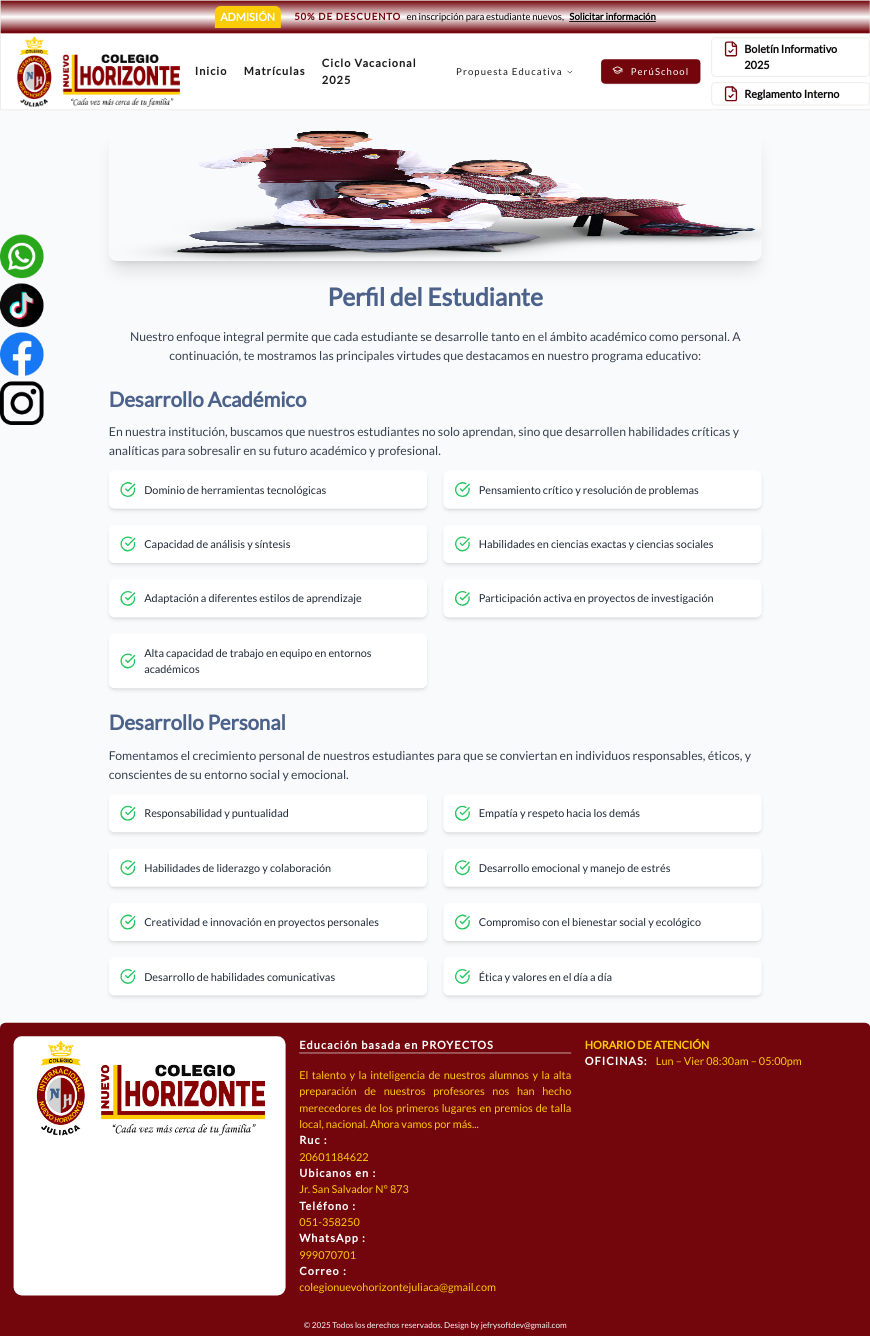
Repository: jefrydep/new_horizont_school
Page: /student
The author's editor kept a copy of each file at every save. The page is drawn from the files as they stood at one save, then again after the next save.
The browser window is 1280 px wide. The pictures show the whole page, at 68% of full size.
The project was rebuilt for these pictures with package versions that can differ from the ones it lists, and the page was loaded fresh each time. The framework's server and built-in components were replaced by stand-ins that run in the browser. Also part of the build but not shown: next.config.ts.

Above is the page before, as saved 2024-12-09 21:55:33.

### src/app/layout.tsx
import type { Metadata } from "next";
import "./globals.css";
import Navbar from "@/components/Navbar";
import Footer from "@/components/Footer";


import { Lato } from 'next/font/google'

const lato = Lato({
  weight: '400',
  subsets: ['latin'],
  display: 'swap',
})

export const metadata: Metadata = {
  title: "COLEGIO INTERNACIONAL NUEVO HORIZONTE - JULIACA",
  description: "el mejor colegio de JULIACA,Colegio internacional nuevo horizonte",
};

export default function RootLayout({
  children,
}: Readonly<{
  children: React.ReactNode;
}>) {
  return (
    <html lang="es">

      <body
        className={` ${lato.className} antialiased `}
      >

        <div className="">
          <Navbar />
        </div>
        <main className="   ">

          {children}
          <div className="flex flex-col fixed  bottom-2     z-50   sm:top-1/2  gap-2">
            <a href="https://wa.me/+51999070701?text=Me%20gustar%C3%ADa%20recibir%20m%C3%A1s%20informaci%C3%B3n%20sobre%20el%20proceso%20de%20matr%C3%ADcula,%20requisitos%20y%20fechas%20importantes.%20Agradecer%C3%ADa%20su%20orientaci%C3%B3n%20para%20poder%20completar%20mi%20inscripci%C3%B3n%20de%20manera%20adecuada.%0A%0AQuedo%20atento%20a%20su%20respuesta.%0A%0ASaludos%20cordiales,%0A" target="_blank">
              {/* Solicitar información */}
              <img src="/whatsapp.png" alt="" className=" animate-bounce h-11  sm:h-16" />
            </a>

            <a href="https://www.tiktok.com/@colegionuevohorizonte" target="_blank">
              {/* Solicitar información */}
              <img src="/tik-tok.png" alt="" className=" animate-bounce h-11  sm:h-16 " />
            </a>
            <a href="https://www.facebook.com/internuevohorizonte  " target="_blank">
              {/* Solicitar información */}
              <img src="/facebook.png" alt="" className=" animate-bounce h-11  sm:h-16 " />
            </a>
            <a href="https://www.instagram.com/colegionuevohorizontejuliaca" target="_blank">
              {/* Solicitar información */}
              <img src="/instagram.png" alt="" className=" animate-bounce h-11  sm:h-16" />
            </a>
          </div>
        </main>
        <Footer />
      </body>
    </html>
  );
}

### src/app/student/page.tsx
import StudentProfile from '@/components/StudentProfile'
import React from 'react'

export default function EstudenPage() {
  return (
    <div>
        <StudentProfile/>
    </div>
  )
}

### src/app/globals.css
@tailwind base;
@tailwind components;
@tailwind utilities;

body {
  font-family: Arial, Helvetica, sans-serif;
}

@layer base {
  :root {
    --background: 0 0% 100%;
    --foreground: 20 14.3% 4.1%;
    --card: 0 0% 100%;
    --card-foreground: 20 14.3% 4.1%;
    --popover: 0 0% 100%;
    --popover-foreground: 20 14.3% 4.1%;
    --primary: 24 9.8% 10%;
    --primary-foreground: 60 9.1% 97.8%;
    --secondary: 60 4.8% 95.9%;
    --secondary-foreground: 24 9.8% 10%;
    --muted: 60 4.8% 95.9%;
    --muted-foreground: 25 5.3% 44.7%;
    --accent: 60 4.8% 95.9%;
    --accent-foreground: 24 9.8% 10%;
    --destructive: 0 84.2% 60.2%;
    --destructive-foreground: 60 9.1% 97.8%;
    --border: 20 5.9% 90%;
    --input: 20 5.9% 90%;
    --ring: 20 14.3% 4.1%;
    --chart-1: 12 76% 61%;
    --chart-2: 173 58% 39%;
    --chart-3: 197 37% 24%;
    --chart-4: 43 74% 66%;
    --chart-5: 27 87% 67%;
    --radius: 0.5rem;
  }
  .dark {
    --background: 20 14.3% 4.1%;
    --foreground: 60 9.1% 97.8%;
    --card: 20 14.3% 4.1%;
    --card-foreground: 60 9.1% 97.8%;
    --popover: 20 14.3% 4.1%;
    --popover-foreground: 60 9.1% 97.8%;
    --primary: 60 9.1% 97.8%;
    --primary-foreground: 24 9.8% 10%;
    --secondary: 12 6.5% 15.1%;
    --secondary-foreground: 60 9.1% 97.8%;
    --muted: 12 6.5% 15.1%;
    --muted-foreground: 24 5.4% 63.9%;
    --accent: 12 6.5% 15.1%;
    --accent-foreground: 60 9.1% 97.8%;
    --destructive: 0 62.8% 30.6%;
    --destructive-foreground: 60 9.1% 97.8%;
    --border: 12 6.5% 15.1%;
    --input: 12 6.5% 15.1%;
    --ring: 24 5.7% 82.9%;
    --chart-1: 220 70% 50%;
    --chart-2: 160 60% 45%;
    --chart-3: 30 80% 55%;
    --chart-4: 280 65% 60%;
    --chart-5: 340 75% 55%;
  }
}

@layer base {
  * {
    @apply border-border;
  }
  body {
    @apply bg-background text-foreground;
  }
}
@keyframes slideDown {
  0% {
    transform: translateY(-20px);
    opacity: 0;
  }
  100% {
    transform: translateY(0);
    opacity: 1;
  }
}

.animate-slide-down {
  animation: slideDown 1s ease-out forwards;
}

/* Animación con retraso para un efecto de secuencia */
.animate-slide-down-delay-1 {
  animation: slideDown 1s ease-out forwards;
  animation-delay: 0.3s; /* Retraso para el primer texto */
}

.animate-slide-down-delay-2 {
  animation: slideDown 1s ease-out forwards;
  animation-delay: 0.6s; /* Retraso para el segundo texto */
}

### src/components/Footer.tsx

export default function Footer() {
    return (
        <div className=" bg-title rounded-t-lg pb-2 ">
            <footer className="container m-auto ">

                <div className="grid p-4 sm:p-5  sm:grid-cols-3 gap-5">
                    <div className="text-subtitle flex justify-center sm:block bg-white rounded-xl font-bold">


                        <img src="/LOGO.png" alt="Logo nuevo horizonte" className="   " />

                    </div>
                    <div>
                        <span className="text-white font-bold tracking-widest">

                            Educación basada en  PROYECTOS
                        </span>
                        <hr />
                        <div>
                            <p className="text-justify mt-5 text-subtitle">
                                El talento y la inteligencia de nuestros alumnos y la alta preparación de nuestros profesores nos han hecho merecedores de los primeros lugares en premios de talla local, nacional. Ahora vamos por más...
                            </p>
                        </div>
                        <div>
                            <div className="text-white font-bold tracking-widest">


                                Ruc :
                            </div>
                            <div>
                                <span className="text-subtitle">20601184622</span>

                            </div>
                            <div className="text-white font-bold tracking-widest">


                                Ubicanos en :
                            </div>
                            <div>
                                <span className="text-subtitle">Jr. San Salvador N° 873</span>

                            </div>
                            <div className="text-white font-bold tracking-widest">


                                Teléfono :
                            </div>
                            <div className="text-subtitle">
                                <span>051-358250</span>

                            </div>
                            <div className="text-white font-bold tracking-widest">


                                WhatsApp :
                            </div>
                            <div className="text-subtitle">
                                <span>999070701</span>

                            </div>
                            <div className="text-white font-bold tracking-widest">


                                Correo :
                            </div>
                            <div className="text-subtitle">
                                <span> colegionuevohorizontejuliaca@gmail.com</span>

                            </div>

                        </div>
                    </div>

                    <div>
                        <h6 className="text-subtitle font-bold">HORARIO DE ATENCIÓN</h6>
                        <div>
                            <span className="text-white mr-3 font-bold tracking-widest">

                                OFICINAS:
                            </span>
                            <span className="text-subtitle">
                                Lun – Vier         08:30am – 05:00pm
                            </span>
                        </div>

                    </div>
                </div>
                <div className="text-center text-gray-100 text-xs mt-4" >
                    <span className="">
                        © 2025 Todos los derechos reservados. Design by jefrysoftdev@gmail.com
                    </span>
                </div>
            </footer>
        </div>
    )
}

### src/components/StudentProfile.tsx
import { CheckCircle } from "lucide-react";

const StudentProfile = () => {
  // Virtudes académicas
  const academicVirtues = [
    "Dominio de herramientas tecnológicas",
    "Pensamiento crítico y resolución de problemas",
    "Capacidad de análisis y síntesis",
    "Habilidades en ciencias exactas y ciencias sociales",
    "Adaptación a diferentes estilos de aprendizaje",
    "Participación activa en proyectos de investigación",
    "Alta capacidad de trabajo en equipo en entornos académicos",
  ];

  // Virtudes personales
  const personalVirtues = [
    "Responsabilidad y puntualidad",
    "Empatía y respeto hacia los demás",
    "Habilidades de liderazgo y colaboración",
    "Desarrollo emocional y manejo de estrés",
    "Creatividad e innovación en proyectos personales",
    "Compromiso con el bienestar social y ecológico",
    "Desarrollo de habilidades comunicativas",
    "Ética y valores en el día a día",
  ];

  return (
    <div className="bg-gray-50 py-10 pt-48">
      <div className="container mx-auto px-4 sm:px-8 max-w-5xl">
        {/* Imagen destacada */}
        <div className="mb-8 text-center">
          <img
            src="/SECUNDARIA.png" // Cambia esta ruta por la imagen destacada que desees usar
            alt="Perfil Estudiantil"
            className="w-full h-48   rounded-xl shadow-xl"
          />
        </div>

        {/* Título */}
        <h2 className="text-4xl font-bold text-center text-primary mb-6">
          Perfil del Estudiante
        </h2>

        {/* Introducción */}
        <p className="text-lg text-gray-700 text-center mb-8">
          Nuestro enfoque integral permite que cada estudiante se desarrolle tanto en el ámbito académico como personal. A continuación, te mostramos las principales virtudes que destacamos en nuestro programa educativo:
        </p>

        {/* Sección de virtudes académicas */}
        <div className="mb-8">
          <h3 className="text-3xl font-semibold text-primary mb-4">Desarrollo Académico</h3>
          <p className="text-lg text-gray-700 mb-4">
            En nuestra institución, buscamos que nuestros estudiantes no solo aprendan, sino que desarrollen habilidades críticas y analíticas para sobresalir en su futuro académico y profesional.
          </p>

          <div className="grid grid-cols-1 sm:grid-cols-2 gap-6">
            {academicVirtues.map((virtue, index) => (
              <div
                key={index}
                className="flex items-center bg-white shadow-md rounded-lg p-4"
              >
                <CheckCircle className="text-green-500 w-6 h-6 flex-shrink-0" />
                <p className="ml-3 text-gray-800">{virtue}</p>
              </div>
            ))}
          </div>
        </div>

        {/* Sección de virtudes personales */}
        <div>
          <h3 className="text-3xl font-semibold text-primary mb-4">Desarrollo Personal</h3>
          <p className="text-lg text-gray-700 mb-4">
            Fomentamos el crecimiento personal de nuestros estudiantes para que se conviertan en individuos responsables, éticos, y conscientes de su entorno social y emocional.
          </p>

          <div className="grid grid-cols-1 sm:grid-cols-2 gap-6">
            {personalVirtues.map((virtue, index) => (
              <div
                key={index}
                className="flex items-center bg-white shadow-md rounded-lg p-4"
              >
                <CheckCircle className="text-green-500 w-6 h-6 flex-shrink-0" />
                <p className="ml-3 text-gray-800">{virtue}</p>
              </div>
            ))}
          </div>
        </div>
      </div>
    </div>
  );
};

export default StudentProfile;

### src/components/ui/button.tsx
import * as React from "react"
import { Slot } from "@radix-ui/react-slot"
import { cva, type VariantProps } from "class-variance-authority"

import { cn } from "@/lib/utils"

const buttonVariants = cva(
  "inline-flex items-center justify-center gap-2 whitespace-nowrap rounded-md text-sm font-medium transition-colors focus-visible:outline-none focus-visible:ring-1 focus-visible:ring-ring disabled:pointer-events-none disabled:opacity-50 [&_svg]:pointer-events-none [&_svg]:size-4 [&_svg]:shrink-0",
  {
    variants: {
      variant: {
        default:
          "bg-primary text-primary-foreground shadow hover:bg-primary/90",
        destructive:
          "bg-destructive text-destructive-foreground shadow-sm hover:bg-destructive/90",
        outline:
          "border border-input bg-background shadow-sm hover:bg-accent hover:text-accent-foreground",
        secondary:
          "bg-secondary text-secondary-foreground shadow-sm hover:bg-secondary/80",
        ghost: "hover:bg-accent hover:text-accent-foreground",
        link: "text-primary underline-offset-4 hover:underline",
      },
      size: {
        default: "h-9 px-4 py-2",
        sm: "h-8 rounded-md px-3 text-xs",
        lg: "h-10 rounded-md px-8",
        icon: "h-9 w-9",
      },
    },
    defaultVariants: {
      variant: "default",
      size: "default",
    },
  }
)

export interface ButtonProps
  extends React.ButtonHTMLAttributes<HTMLButtonElement>,
    VariantProps<typeof buttonVariants> {
  asChild?: boolean
}

const Button = React.forwardRef<HTMLButtonElement, ButtonProps>(
  ({ className, variant, size, asChild = false, ...props }, ref) => {
    const Comp = asChild ? Slot : "button"
    return (
      <Comp
        className={cn(buttonVariants({ variant, size, className }))}
        ref={ref}
        {...props}
      />
    )
  }
)
Button.displayName = "Button"

export { Button, buttonVariants }

### src/components/ui/sheet.tsx
"use client"

import * as React from "react"
import * as SheetPrimitive from "@radix-ui/react-dialog"
import { cva, type VariantProps } from "class-variance-authority"
import { X } from "lucide-react"

import { cn } from "@/lib/utils"

const Sheet = SheetPrimitive.Root

const SheetTrigger = SheetPrimitive.Trigger

const SheetClose = SheetPrimitive.Close

const SheetPortal = SheetPrimitive.Portal

const SheetOverlay = React.forwardRef<
  React.ElementRef<typeof SheetPrimitive.Overlay>,
  React.ComponentPropsWithoutRef<typeof SheetPrimitive.Overlay>
>(({ className, ...props }, ref) => (
  <SheetPrimitive.Overlay
    className={cn(
      "fixed inset-0 z-50 bg-black/80  data-[state=open]:animate-in data-[state=closed]:animate-out data-[state=closed]:fade-out-0 data-[state=open]:fade-in-0",
      className
    )}
    {...props}
    ref={ref}
  />
))
SheetOverlay.displayName = SheetPrimitive.Overlay.displayName

const sheetVariants = cva(
  "fixed z-50 gap-4 bg-background p-6 shadow-lg transition ease-in-out data-[state=closed]:duration-300 data-[state=open]:duration-500 data-[state=open]:animate-in data-[state=closed]:animate-out",
  {
    variants: {
      side: {
        top: "inset-x-0 top-0 border-b data-[state=closed]:slide-out-to-top data-[state=open]:slide-in-from-top",
        bottom:
          "inset-x-0 bottom-0 border-t data-[state=closed]:slide-out-to-bottom data-[state=open]:slide-in-from-bottom",
        left: "inset-y-0 left-0 h-full w-3/4 border-r data-[state=closed]:slide-out-to-left data-[state=open]:slide-in-from-left sm:max-w-sm",
        right:
          "inset-y-0 right-0 h-full w-3/4 border-l data-[state=closed]:slide-out-to-right data-[state=open]:slide-in-from-right sm:max-w-sm",
      },
    },
    defaultVariants: {
      side: "right",
    },
  }
)

interface SheetContentProps
  extends React.ComponentPropsWithoutRef<typeof SheetPrimitive.Content>,
    VariantProps<typeof sheetVariants> {}

const SheetContent = React.forwardRef<
  React.ElementRef<typeof SheetPrimitive.Content>,
  SheetContentProps
>(({ side = "right", className, children, ...props }, ref) => (
  <SheetPortal>
    <SheetOverlay />
    <SheetPrimitive.Content
      ref={ref}
      className={cn(sheetVariants({ side }), className)}
      {...props}
    >
      <SheetPrimitive.Close className="absolute right-4 top-4 rounded-sm opacity-70 ring-offset-background transition-opacity hover:opacity-100 focus:outline-none focus:ring-2 focus:ring-ring focus:ring-offset-2 disabled:pointer-events-none data-[state=open]:bg-secondary">
        <X className="h-4 w-4" />
        <span className="sr-only">Close</span>
      </SheetPrimitive.Close>
      {children}
    </SheetPrimitive.Content>
  </SheetPortal>
))
SheetContent.displayName = SheetPrimitive.Content.displayName

const SheetHeader = ({
  className,
  ...props
}: React.HTMLAttributes<HTMLDivElement>) => (
  <div
    className={cn(
      "flex flex-col space-y-2 text-center sm:text-left",
      className
    )}
    {...props}
  />
)
SheetHeader.displayName = "SheetHeader"

const SheetFooter = ({
  className,
  ...props
}: React.HTMLAttributes<HTMLDivElement>) => (
  <div
    className={cn(
      "flex flex-col-reverse sm:flex-row sm:justify-end sm:space-x-2",
      className
    )}
    {...props}
  />
)
SheetFooter.displayName = "SheetFooter"

const SheetTitle = React.forwardRef<
  React.ElementRef<typeof SheetPrimitive.Title>,
  React.ComponentPropsWithoutRef<typeof SheetPrimitive.Title>
>(({ className, ...props }, ref) => (
  <SheetPrimitive.Title
    ref={ref}
    className={cn("text-lg font-semibold text-foreground", className)}
    {...props}
  />
))
SheetTitle.displayName = SheetPrimitive.Title.displayName

const SheetDescription = React.forwardRef<
  React.ElementRef<typeof SheetPrimitive.Description>,
  React.ComponentPropsWithoutRef<typeof SheetPrimitive.Description>
>(({ className, ...props }, ref) => (
  <SheetPrimitive.Description
    ref={ref}
    className={cn("text-sm text-muted-foreground", className)}
    {...props}
  />
))
SheetDescription.displayName = SheetPrimitive.Description.displayName

export {
  Sheet,
  SheetPortal,
  SheetOverlay,
  SheetTrigger,
  SheetClose,
  SheetContent,
  SheetHeader,
  SheetFooter,
  SheetTitle,
  SheetDescription,
}

### tailwind.config.ts
import type { Config } from "tailwindcss";

export default {
	darkMode: ["class"],
	content: [
		"./src/pages/**/*.{js,ts,jsx,tsx,mdx}",
		"./src/components/**/*.{js,ts,jsx,tsx,mdx}",
		"./src/app/**/*.{js,ts,jsx,tsx,mdx}",
	],
	theme: {
    	extend: {
    		colors: {
    			background: 'hsl(var(--background))',
    			foreground: 'hsl(var(--foreground))',
    			card: {
    				DEFAULT: 'hsl(var(--card))',
    				foreground: 'hsl(var(--card-foreground))'
    			},
    			popover: {
    				DEFAULT: 'hsl(var(--popover))',
    				foreground: 'hsl(var(--popover-foreground))'
    			},
    			primary: {
    				DEFAULT: '#4c628a'
    			},
    			secondary: {
    				DEFAULT: '#1c1c1c'
    			},
    			backgroundGray: {
    				DEFAULT: '#d1d1d1'
    			},
				title:{
					DEFAULT:"#73060C"
				},
				subtitle:{
					DEFAULT:"#fbcc07"
				},
    			muted: {
    				DEFAULT: 'hsl(var(--muted))',
    				foreground: 'hsl(var(--muted-foreground))'
    			},
    			accent: {
    				DEFAULT: 'hsl(var(--accent))',
    				foreground: 'hsl(var(--accent-foreground))'
    			},
    			destructive: {
    				DEFAULT: 'hsl(var(--destructive))',
    				foreground: 'hsl(var(--destructive-foreground))'
    			},
    			border: 'hsl(var(--border))',
    			input: 'hsl(var(--input))',
    			ring: 'hsl(var(--ring))',
    			chart: {
    				'1': 'hsl(var(--chart-1))',
    				'2': 'hsl(var(--chart-2))',
    				'3': 'hsl(var(--chart-3))',
    				'4': 'hsl(var(--chart-4))',
    				'5': 'hsl(var(--chart-5))'
    			}
    		},
    		borderRadius: {
    			lg: 'var(--radius)',
    			md: 'calc(var(--radius) - 2px)',
    			sm: 'calc(var(--radius) - 4px)'
    		},
    		keyframes: {
    			'accordion-down': {
    				from: {
    					height: '0'
    				},
    				to: {
    					height: 'var(--radix-accordion-content-height)'
    				}
    			},
    			'accordion-up': {
    				from: {
    					height: 'var(--radix-accordion-content-height)'
    				},
    				to: {
    					height: '0'
    				}
    			}
    		},
    		animation: {
    			'accordion-down': 'accordion-down 0.2s ease-out',
    			'accordion-up': 'accordion-up 0.2s ease-out'
    		}
    	}
    },
	plugins: [require("tailwindcss-animate")],
} satisfies Config;

Loaded but not shown: src/lib/utils.ts (common file); src/components/Navbar.tsx (308 lines, source omitted); src/components/ui/navigation-menu.tsx (128 lines, source omitted)

After the next save:
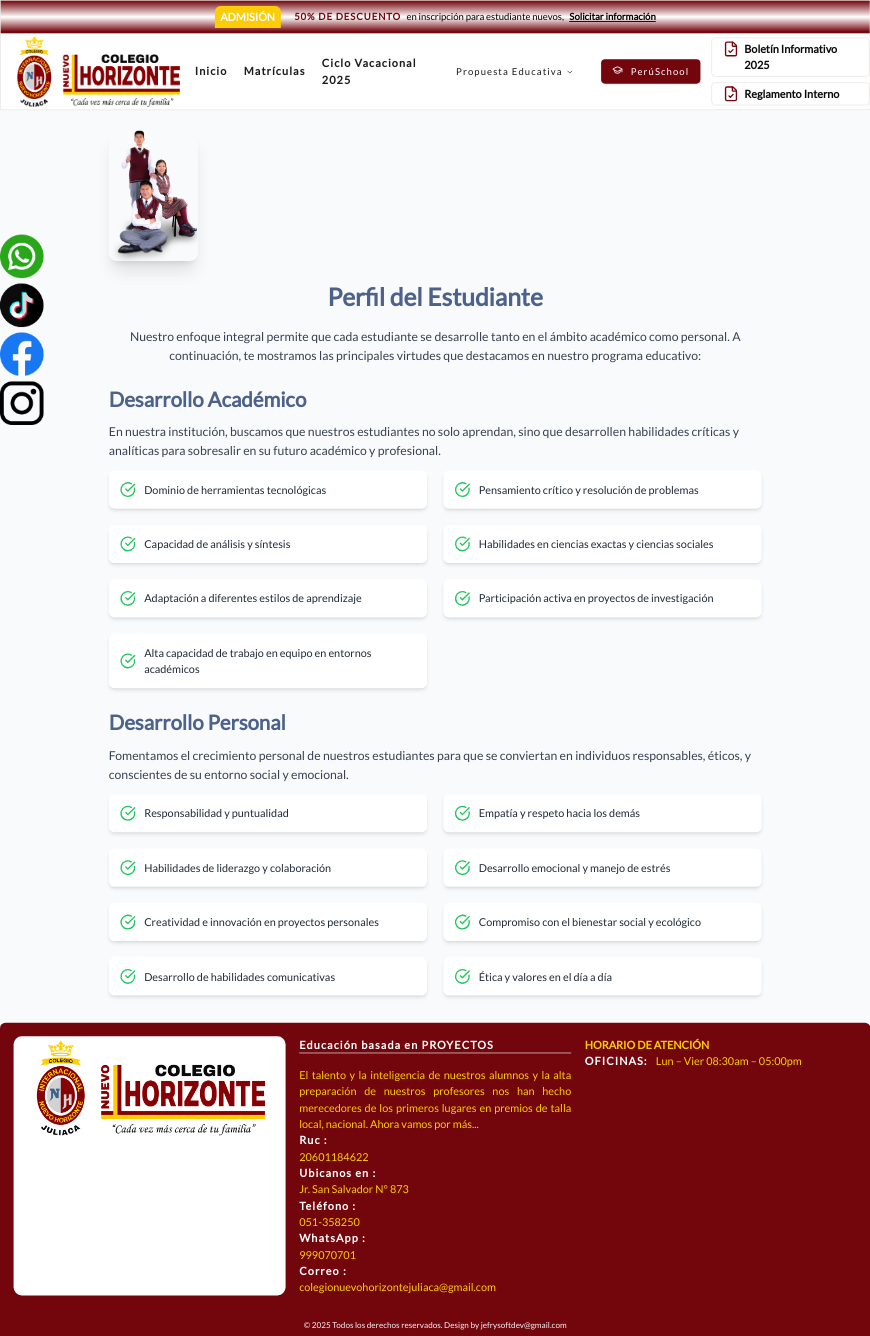
Saved 10 s later.
--- a/src/components/StudentProfile.tsx
+++ b/src/components/StudentProfile.tsx
@@ -32,7 +32,7 @@
           <img
             src="/SECUNDARIA.png" // Cambia esta ruta por la imagen destacada que desees usar
             alt="Perfil Estudiantil"
-            className="w-full h-48   rounded-xl shadow-xl"
+            className=" h-48   rounded-xl shadow-xl"
           />
         </div>
 
